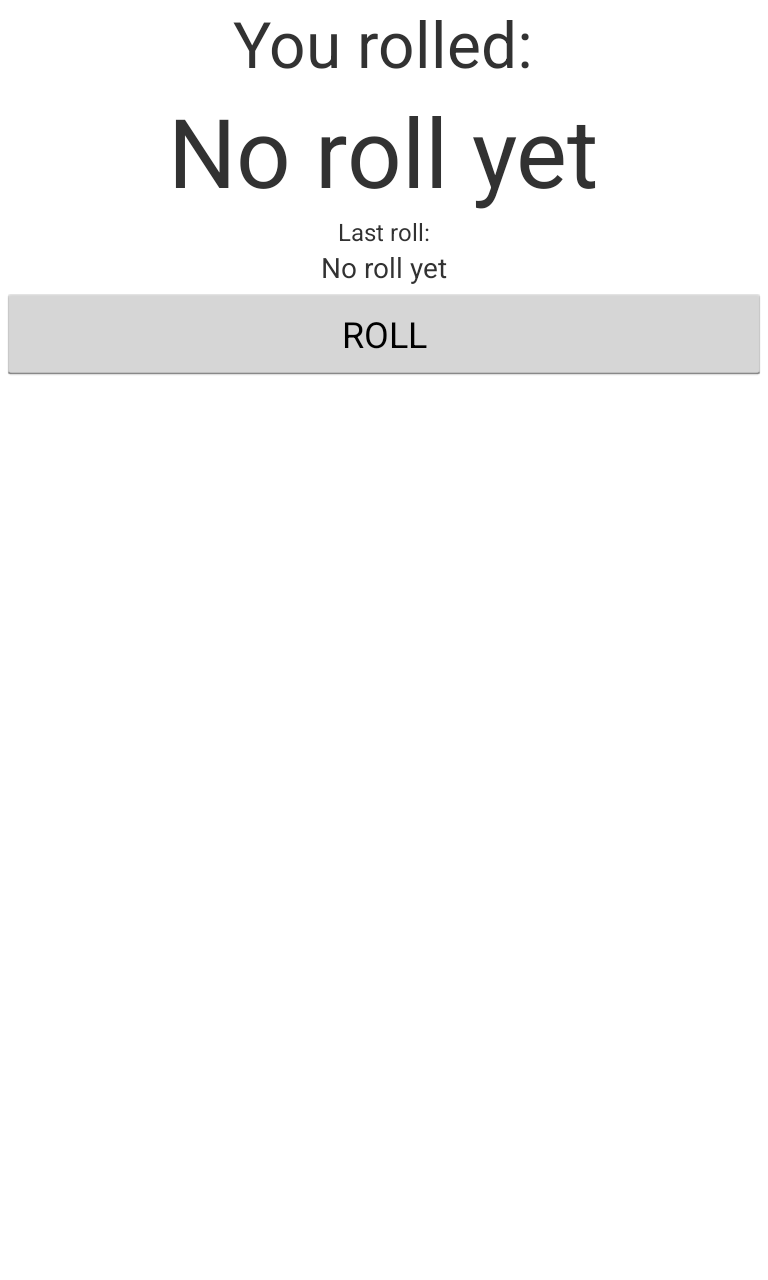
Repository: Bjodol/Roller
Layout: Roller/res/layout/dice_thrower.xml
An editor plug-in stored every save of this project. The layout is shown before and after the next save, followed by the edit.
It is drawn on a 768 x 1280 px phone screen (xhdpi) without system bars, with theme AppTheme; the app's code is not run. The app's manifest (not shown) leaves right-to-left support off. So textAlignment, textDirection and layoutDirection are ignored, and left and right values win over start and end ones.

Above is the layout before, as saved 2013-08-29 10:28:31.

### Roller/res/layout/dice_thrower.xml
<?xml version="1.0" encoding="utf-8"?>
<LinearLayout xmlns:android="http://schemas.android.com/apk/res/android"
    android:layout_width="match_parent"
    android:layout_height="match_parent"
    android:orientation="vertical" >

    <TextView
        android:layout_width="wrap_content"
        android:layout_height="wrap_content"
        android:layout_gravity="center_horizontal"
        android:text="@string/youRolled"
        android:textAlignment="center"
        android:textSize="32sp"
        />

    <TextView
        android:id="@+id/dice_throw"
        android:layout_width="wrap_content"
        android:layout_height="wrap_content"
        android:layout_gravity="center"
        android:text="@string/noRolls"
        android:textAlignment="center"
        android:textSize="48sp"
        />

   	<TextView
        android:layout_width="wrap_content"
        android:layout_height="wrap_content"
        android:layout_gravity="center_horizontal"
        android:text="@string/lastRoll"
        android:textAlignment="center"
        android:textSize="12sp"
        />

 	<TextView
        android:layout_width="wrap_content"
        android:layout_height="wrap_content"
        android:layout_gravity="center_horizontal"
        android:text="@string/noRolls"
        android:textAlignment="center"
        android:textSize="14sp"
        />

    <Button
        android:layout_width="fill_parent"
        android:layout_height="wrap_content"
        android:layout_gravity="center_horizontal"
        android:text="@string/roll" />

</LinearLayout>

### Roller/res/values/strings.xml
<?xml version="1.0" encoding="utf-8"?>
<resources>

    <string name="app_name">Roller</string>
    <string name="action_settings">Settings</string>
    <string name="d20">D20</string>
    <string name="d12">D12</string>
    <string name="d10">D10</string>
    <string name="d8">D8</string>
    <string name="d6">D6</string>
    <string name="d4">D4</string>
    <string name="roll">ROLL</string>
    <string name="youRolled">You rolled:</string>
    <string name="noRolls">No roll yet</string>
    <string name="lastRoll">Last roll:</string>

</resources>

Loaded but not shown: Roller/res/values/styles.xml (common file); Roller/res/values-v11/styles.xml (common file); Roller/res/values-v14/styles.xml (common file)

After the next save:
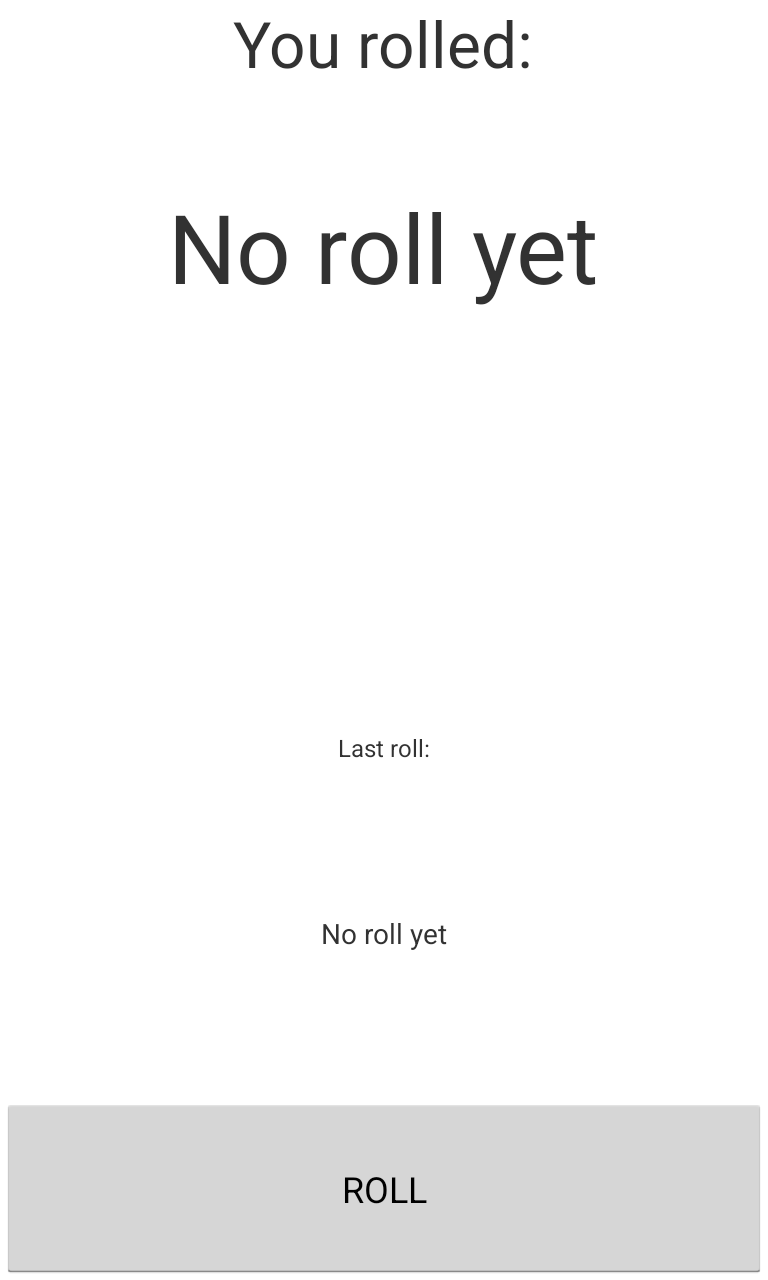
Saved 82 s later.
--- a/Roller/res/layout/dice_thrower.xml
+++ b/Roller/res/layout/dice_thrower.xml
@@ -6,45 +6,46 @@
 
     <TextView
         android:layout_width="wrap_content"
-        android:layout_height="wrap_content"
+        android:layout_height="0dp"
         android:layout_gravity="center_horizontal"
+        android:layout_weight="1"
         android:text="@string/youRolled"
         android:textAlignment="center"
-        android:textSize="32sp"
-        />
+        android:textSize="32sp" />
 
     <TextView
         android:id="@+id/dice_throw"
         android:layout_width="wrap_content"
-        android:layout_height="wrap_content"
+        android:layout_height="0dp"
         android:layout_gravity="center"
+        android:layout_weight="3"
         android:text="@string/noRolls"
         android:textAlignment="center"
-        android:textSize="48sp"
-        />
+        android:textSize="48sp" />
 
-   	<TextView
+    <TextView
         android:layout_width="wrap_content"
-        android:layout_height="wrap_content"
+        android:layout_height="0dp"
         android:layout_gravity="center_horizontal"
+        android:layout_weight="1"
         android:text="@string/lastRoll"
         android:textAlignment="center"
-        android:textSize="12sp"
-        />
+        android:textSize="12sp" />
 
- 	<TextView
+    <TextView
         android:layout_width="wrap_content"
-        android:layout_height="wrap_content"
+        android:layout_height="0dp"
         android:layout_gravity="center_horizontal"
+        android:layout_weight="1"
         android:text="@string/noRolls"
         android:textAlignment="center"
-        android:textSize="14sp"
-        />
+        android:textSize="14sp" />
 
     <Button
         android:layout_width="fill_parent"
-        android:layout_height="wrap_content"
+        android:layout_height="0dp"
         android:layout_gravity="center_horizontal"
+        android:layout_weight="1"
         android:text="@string/roll" />
 
 </LinearLayout>
